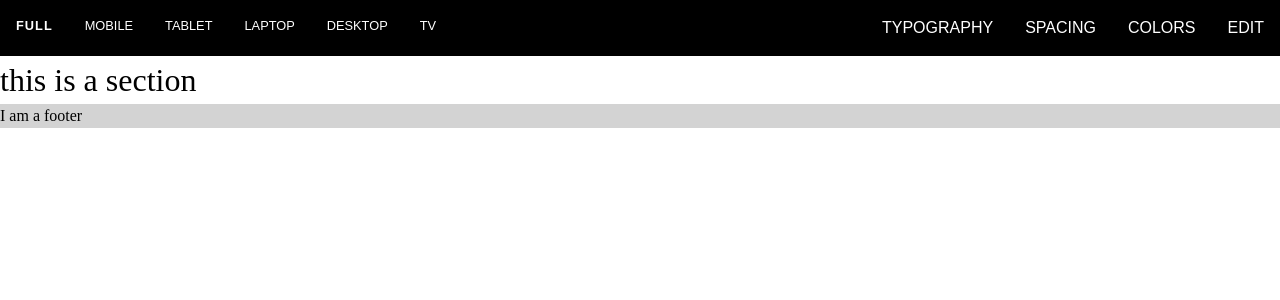
Repository: Terrycoco/coco-playground
Page: /
An editor plug-in stored every save of this project. The page is shown before and after the next save, followed by the edit.
The browser window is 1280 px wide. The pictures show the whole page.
The project was rebuilt for these pictures with package versions that can differ from the ones it lists, and the page was loaded fresh each time. The framework's server and built-in components were replaced by stand-ins that run in the browser. Also part of the build but not shown: next.config.js, src/components/layout/FakeHeader.js.

Above is the page before, as saved 2023-03-20 11:31:33.

After the next save:
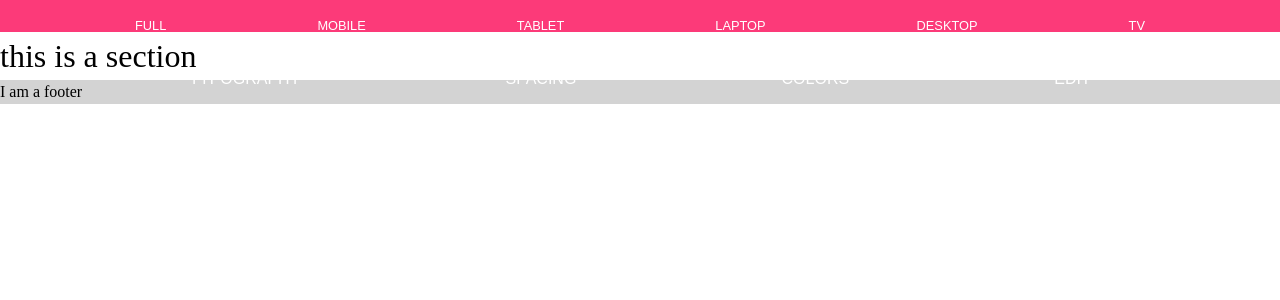
Saved 11 s later.
--- a/src/components/layout/Header.js
+++ b/src/components/layout/Header.js
@@ -25,7 +25,7 @@ function Header() {
   };
 
   return (
-    <header style={styles.header}>
+    <header style={getHeaderStyles()}>
       <DeviceMenu />
       <MainMenu />
     </header>
